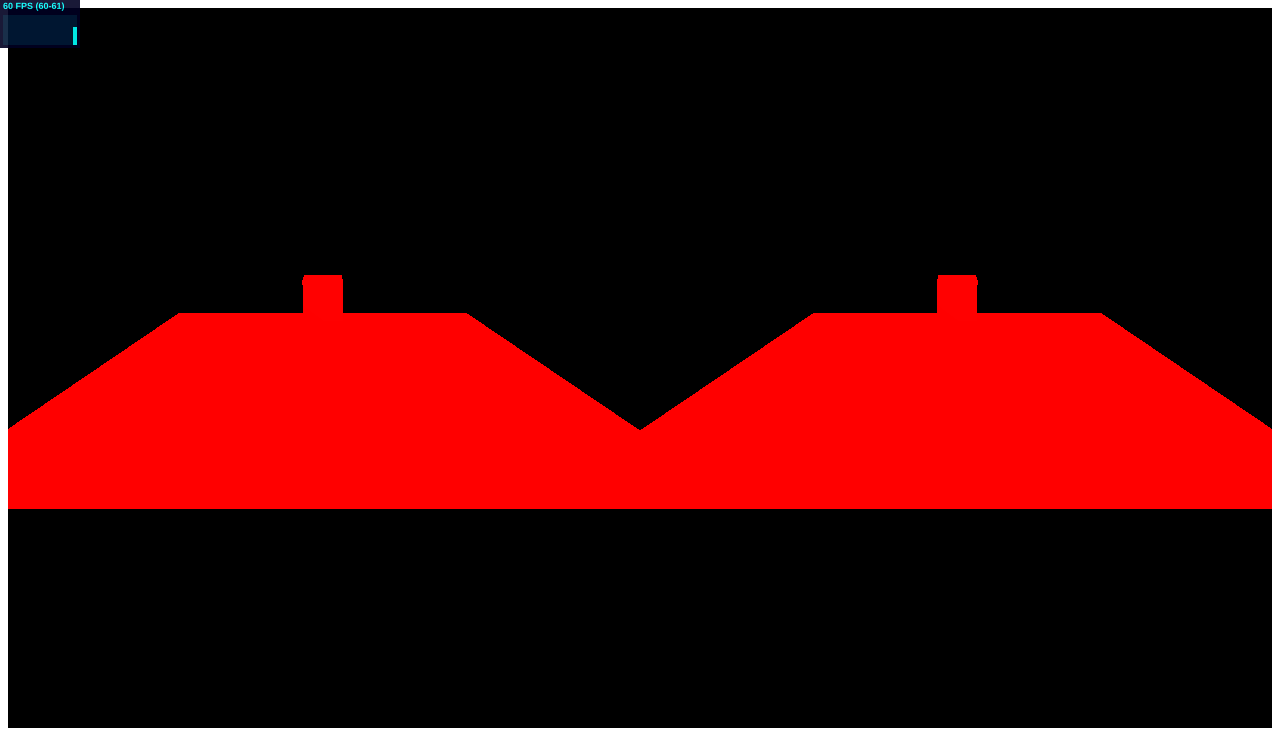
Repository: jocarsa/ThreeJSVJ
Page: index25.html
The author's editor kept a record of every edit. The page is drawn from the files as they stood at one moment, then again after the next edit.
The browser window is 1280 px wide. The pictures show the whole page.

Above is the page before.

After the next edit:
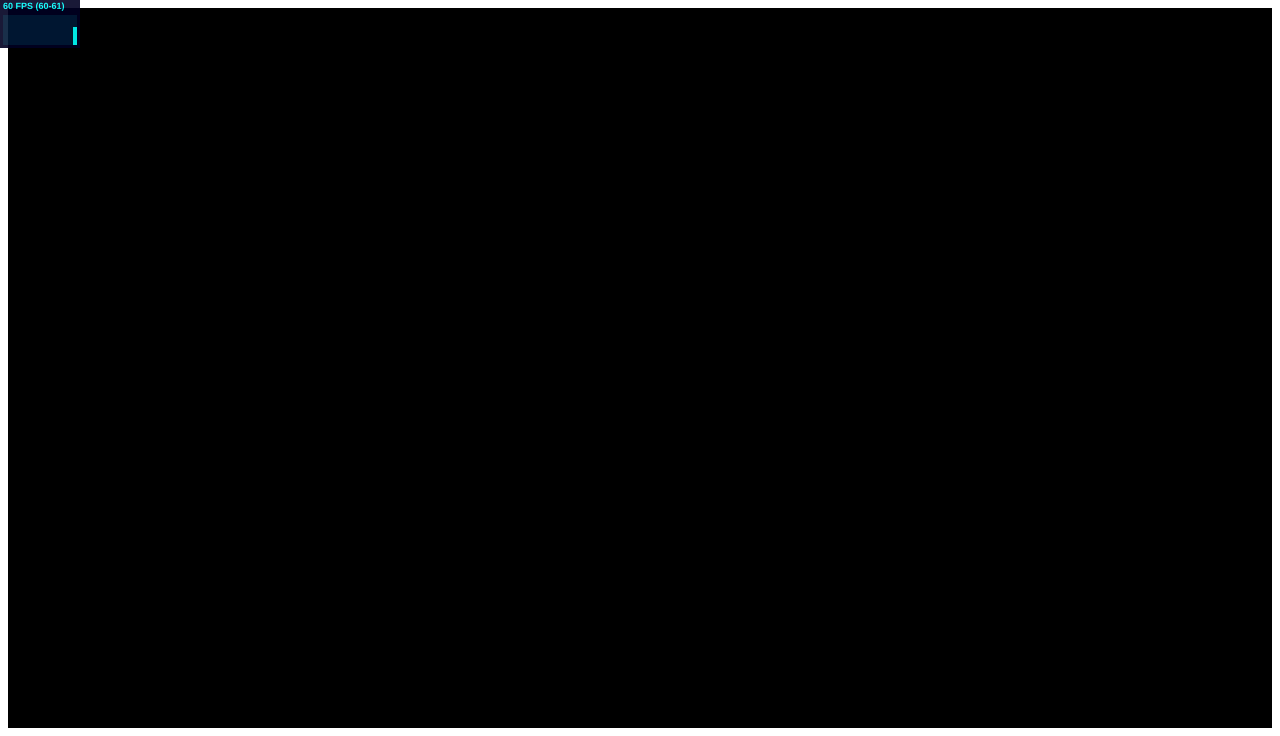
The edit:
--- a/index25.html
+++ b/index25.html
@@ -34,6 +34,21 @@
 				scene = new THREE.Scene();
 
 			    stats = new Stats();
+
+			     controls = new THREE.DeviceOrientationControls(camera, true);
+          controls.connect();
+          controls.update();
+          function setOrientationControls(e) {
+              if (!e.alpha) {
+                return;
+              }
+              controls = new THREE.DeviceOrientationControls(camera, true);
+              controls.connect();
+              controls.update();
+              element.addEventListener('click', fullscreen, false);
+              window.removeEventListener('deviceorientation', setOrientationControls, true);
+            }
+        window.addEventListener('deviceorientation', setOrientationControls, true);
 
 			   var caja = new THREE.BoxGeometry(5,5,5);
 			    var material = new THREE.MeshPhongMaterial({color:0xff0000})
